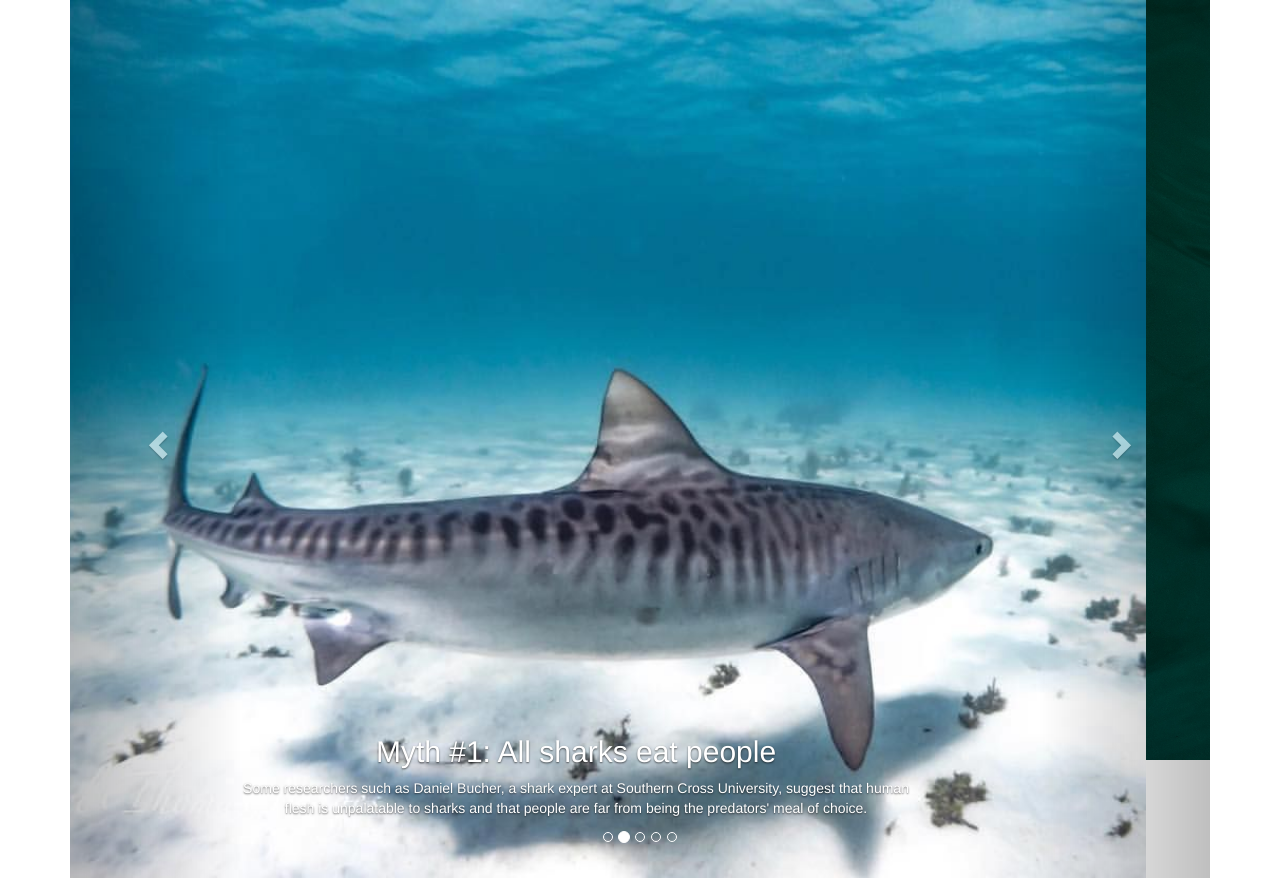
Repository: lacey-crenshaw/carousel
Page: index.html
The author's editor kept a copy of each file at every save. The page is drawn from the files as they stood at one save, then again after the next save.
The browser window is 1280 px wide. The pictures show the whole page.

Above is the page before, as saved 2020-02-16 17:53:45.

After the next save:
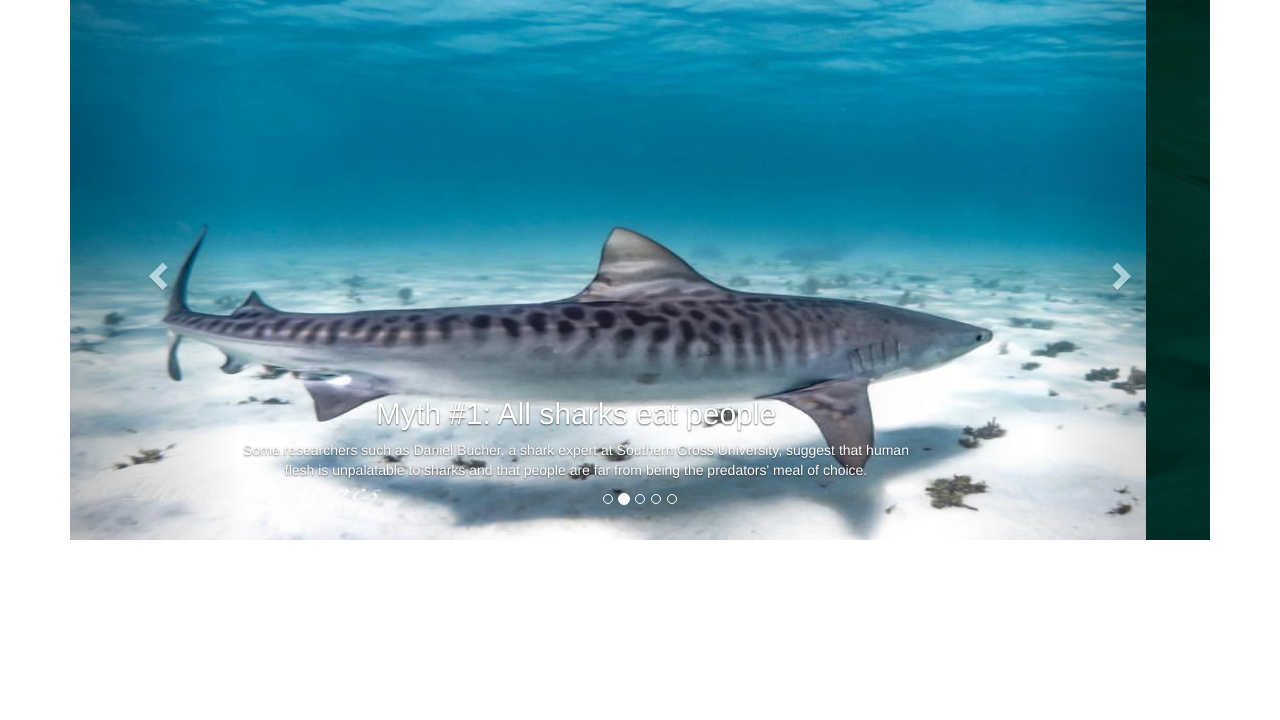
Saved 44 s later.
--- a/images/styles/styles.css
+++ b/images/styles/styles.css
@@ -1,3 +1,5 @@
-.carousel-inner > .item > img, .carousel-inner > .item > a > img {
-    width: 100%;
+.carousel-inner>.item>img,
+.carousel-inner>.item>a>img {
+    width: 100% !important;
+    height: 75vh;
 }
